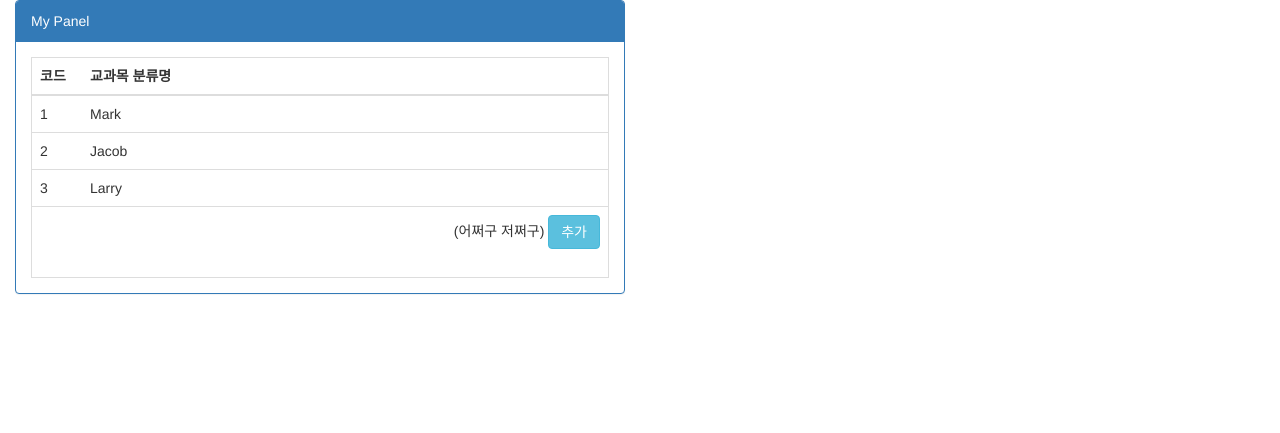
Repository: CHOKIHO/html
Page: work/0112_bootstrap/WebContent/ex2_bootstrap.html
An editor plug-in stored every save of this project. The page is shown before and after the next save, followed by the edit.
The browser window is 1280 px wide. The pictures show the whole page.

Above is the page before, as saved 2017-01-12 02:43:52.

After the next save:
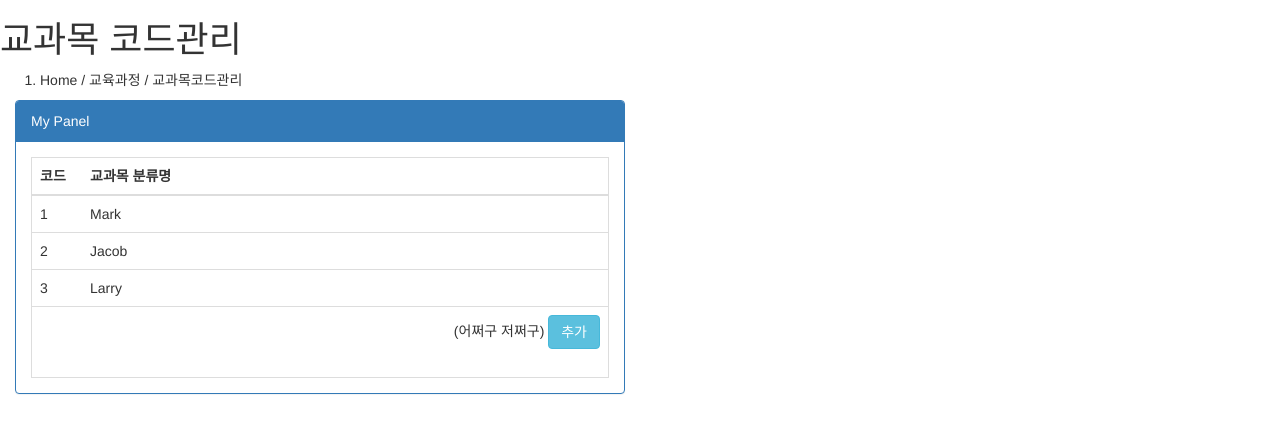
Saved 3 min 45 s later.
--- a/work/0112_bootstrap/WebContent/ex2_bootstrap.html
+++ b/work/0112_bootstrap/WebContent/ex2_bootstrap.html
@@ -31,7 +31,15 @@
 <div class="container-fluid">
 
 	<!-- page Heading -->
-	<div >
+	<div class="row">
+
+		<div>
+			<h1>교과목 코드관리</h1>
+
+			<ol>
+				<li>Home / 교육과정 / 교과목코드관리</li>
+			</ol>
+		</div>
 
 
 	</div>
